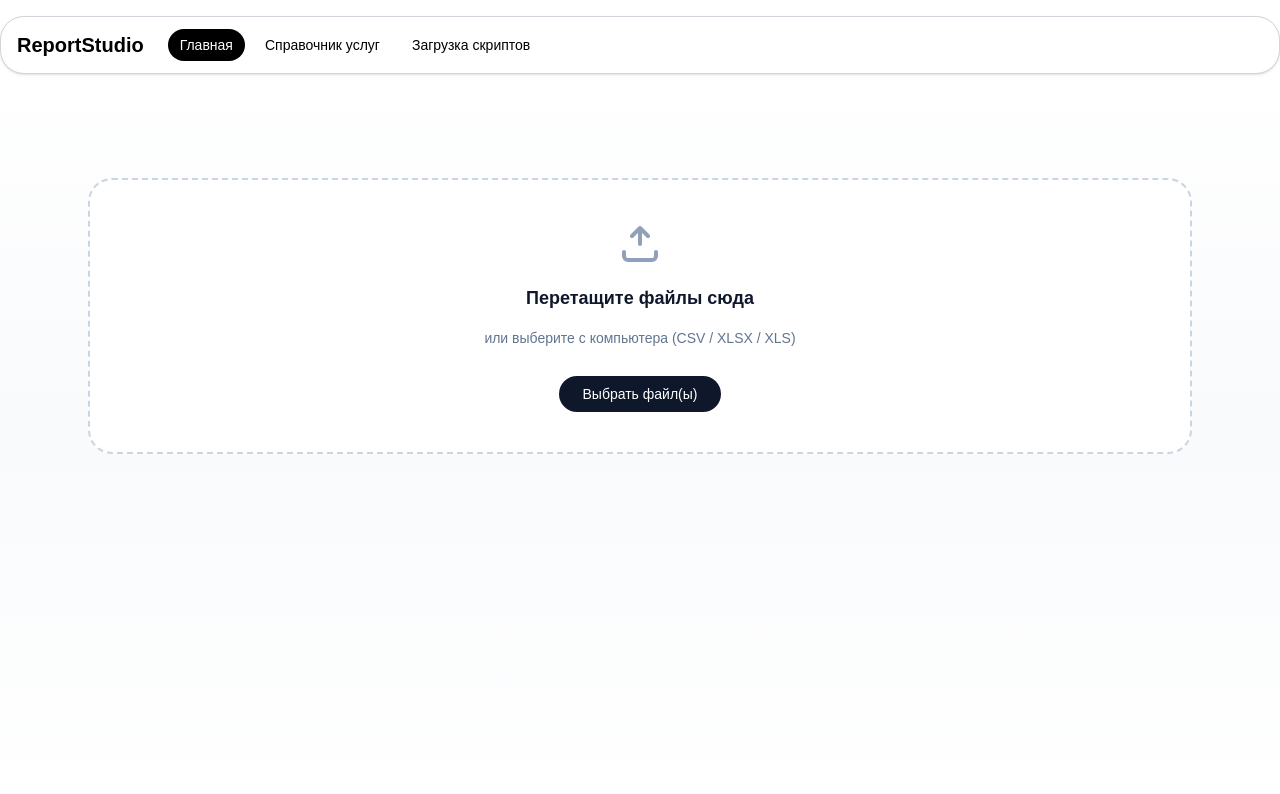
Repository: vladzap2423/report_studio_v2
Page: /
An editor plug-in stored every save of this project. The page is shown before and after the next save, followed by the edit.
The browser window is 1280 px wide. The pictures show the whole page.
The project was rebuilt for these pictures with package versions that can differ from the ones it lists, and the page was loaded fresh each time. The framework's server and built-in components were replaced by stand-ins that run in the browser. Also part of the build but not shown: next.config.ts, src/app/components/ScriptsList.tsx.

Above is the page before, as saved 2026-03-16 16:20:23.

After the next save:
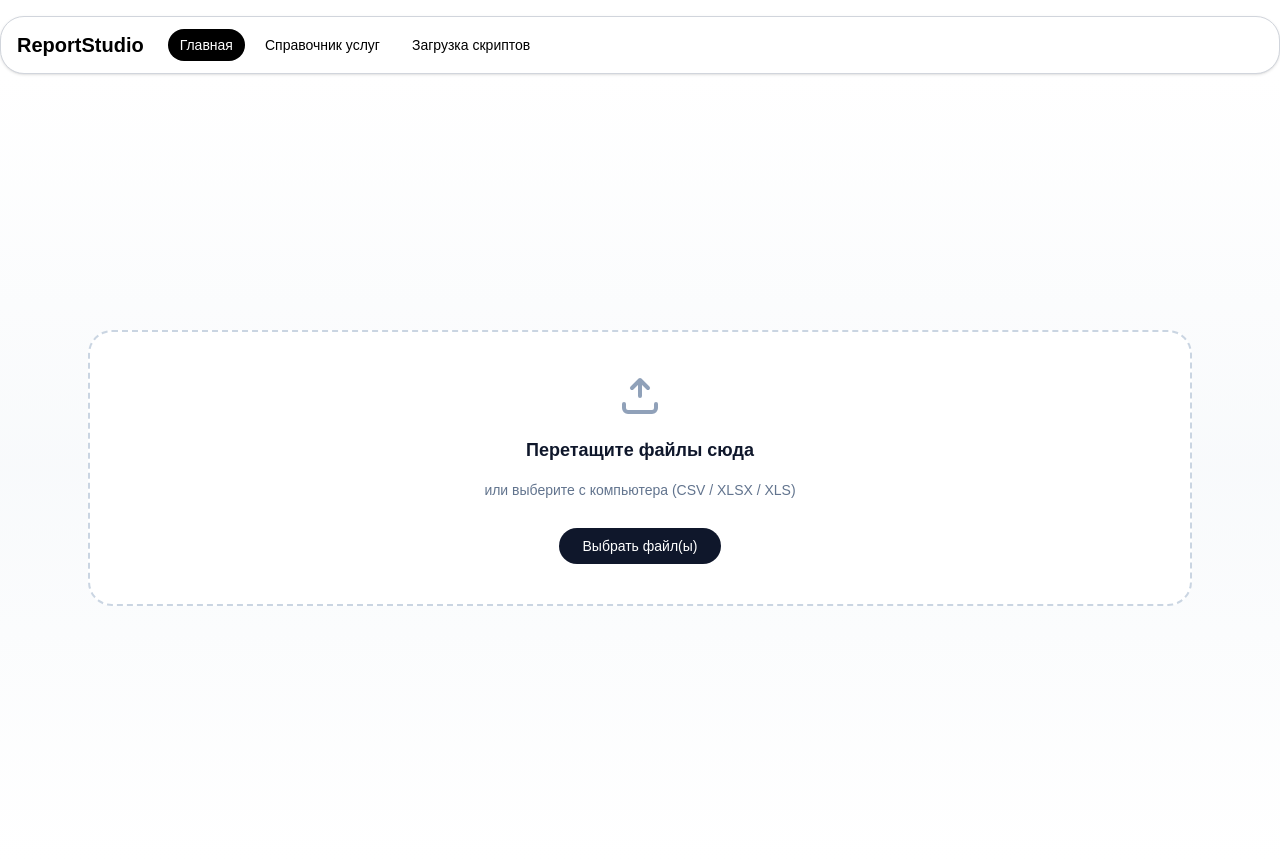
Saved 6 s later.
--- a/src/app/components/DropZone.tsx
+++ b/src/app/components/DropZone.tsx
@@ -49,7 +49,7 @@ export default function DropZone({ accept = ".csv,.xlsx,.xls", onFilesPicked }:
   };
 
   return (
-    <div className="flex flex-col gap-6 py-12">
+    <div className="flex flex-col gap-6 py-50">
       <div
         onDragEnter={e => { e.preventDefault(); dragDepth.current += 1; setIsDragging(true); }}
         onDragOver={e => e.preventDefault()}
